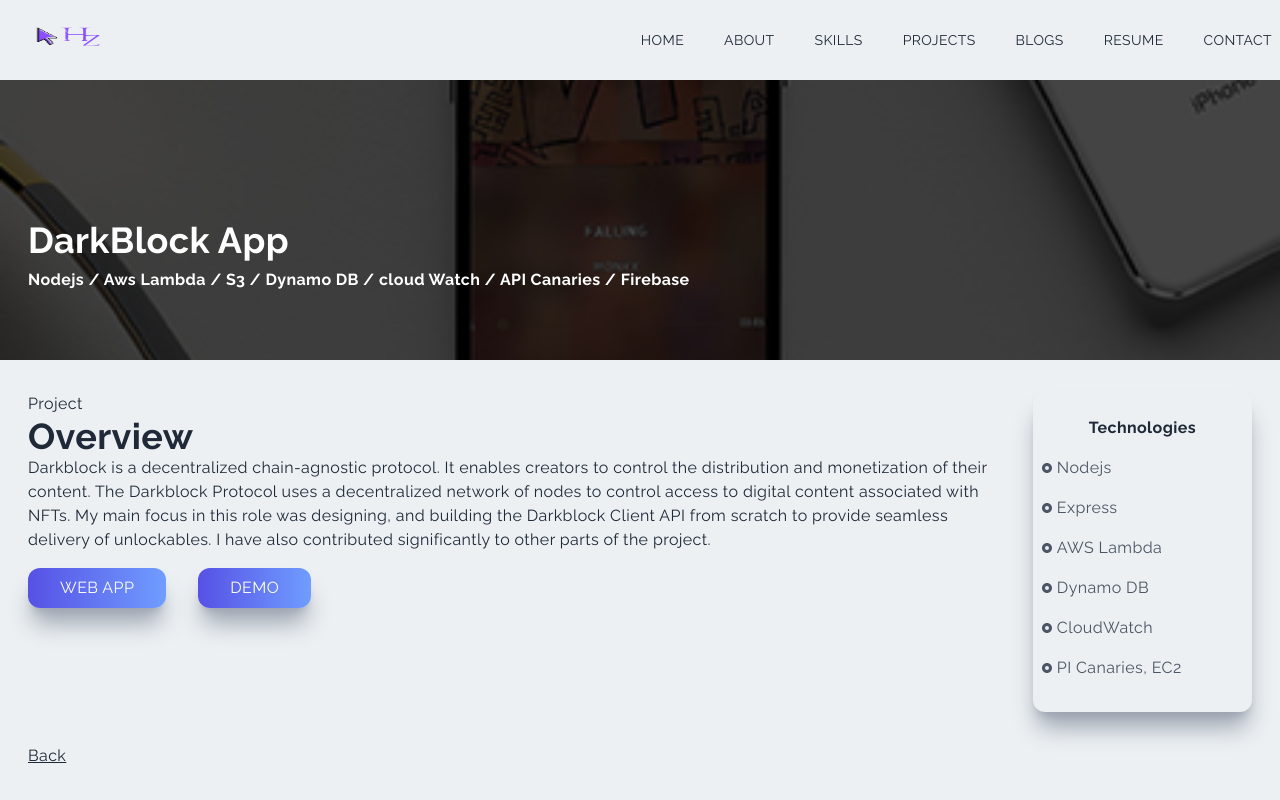
Repository: Hasnainzxc/testofolio
Page: /nfmusic
These files come from the project's save history. The page is drawn as it stood at one moment and after the next save; the edit follows.
The browser window is 1280 px wide. The pictures show the whole page.
The project was rebuilt for these pictures with package versions that can differ from the ones it lists, and the page was loaded fresh each time. The framework's server and built-in components were replaced by stand-ins that run in the browser. Also part of the build but not shown: next.config.js.

Above is the page before, as saved 2023-01-29 07:34:34.

### pages/nfmusic.jsx
import Image from 'next/image';
import React from 'react';
import nfmusicImg from '../public/assets/sajidprojects/nfmusic.jpg';
import { RiRadioButtonFill } from 'react-icons/ri';
import Link from 'next/link';

const nfmusic = () => {
  return (
    <div className='w-full'>
      <div className='w-screen h-[50vh] relative'>
        <div className='absolute top-0 left-0 w-full h-[50vh] bg-black/70 z-10' />
        <Image
          className='absolute z-1'
          layout='fill'
          objectFit='cover'
          src={nfmusicImg}
          alt='/'
        />
        <div className='absolute top-[70%] max-w-[1240px] w-full left-[50%] right-[50%] translate-x-[-50%] translate-y-[-50%] text-white z-10 p-2'>
          <h2 className='py-2'>DarkBlock App</h2>
          <h3>Nodejs / Aws Lambda / S3 / Dynamo DB / cloud Watch / API Canaries / Firebase</h3>
        </div>
      </div>

      <div className='max-w-[1240px] mx-auto p-2 grid md:grid-cols-5 gap-8 py-8'>
        <div className='col-span-4'>
          <p>Project</p>
          <h2>Overview</h2>

          <p>
Darkblock is a decentralized chain-agnostic protocol. It enables creators to control the distribution and monetization of their content.
The Darkblock Protocol uses a decentralized network of nodes to control access to digital content associated with NFTs.
My main focus in this role was designing, and building the Darkblock Client API from scratch to provide seamless delivery of unlockables.
I have also contributed significantly to other parts of the project.   </p>


          <a
            href='https://app.darkblock.io/'
            target='_blank'
            rel='noreferrer'
          >
            <button className='px-8 py-2 mt-4 mr-8'>WEB APP</button>
          </a>
          <a
            href='https://app.darkblock.io/'
            target='_blank'
            rel='noreferrer'
          >
            <button className='px-8 py-2 mt-4'>DEMO</button>
          </a>
        </div>
        <div className='col-span-4 md:col-span-1 shadow-xl shadow-gray-400 rounded-xl py-4'>
          <div className='p-2'>
            <p className='text-center font-bold pb-2'>Technologies</p>
            <div className='grid grid-cols-3 md:grid-cols-1'>
              <p className='text-gray-600 py-2 flex items-center'>
                <RiRadioButtonFill className='pr-1' /> Nodejs
              </p>
              <p className='text-gray-600 py-2 flex items-center'>
                <RiRadioButtonFill className='pr-1' /> Express
              </p>
              <p className='text-gray-600 py-2 flex items-center'>
                <RiRadioButtonFill className='pr-1' /> AWS Lambda
              </p>
              <p className='text-gray-600 py-2 flex items-center'>
                <RiRadioButtonFill className='pr-1' />  Dynamo DB
              </p>
              <p className='text-gray-600 py-2 flex items-center'>
                <RiRadioButtonFill className='pr-1' /> CloudWatch
              </p>
              <p className='text-gray-600 py-2 flex items-center'>
                <RiRadioButtonFill className='pr-1' /> PI Canaries, EC2
              </p>
            </div>
          </div>
        </div>
        <Link href='/#projects'>
          <p className='underline cursor-pointer'>Back</p>
        </Link>
      </div>
    </div>
  );
};

export default nfmusic;

### components/Navbar.jsx
import Image from 'next/image';
import Link from 'next/link';
import React, { useState, useEffect } from 'react';
import { AiOutlineClose, AiOutlineMail, AiOutlineMenu } from 'react-icons/ai';
import { FaGithub, FaLinkedinIn } from 'react-icons/fa';
import { BsFillPersonLinesFill } from 'react-icons/bs';
// import { useRouter } from 'next/router';
import logo from '../public/assets/logo.png'

const Navbar = () => {
  const [nav, setNav] = useState(false);
  const [shadow, setShadow] = useState(false);
  const [navBg, setNavBg] = useState('#ecf0f3');
  const [linkColor, setLinkColor] = useState('#1f2937');
  // const [position, setPosition] = useState('fixed')
  // const router = useRouter();

  // useEffect(() => {
  //   if (
  //     router.asPath === '/property' ||
  //     router.asPath === '/crypto' ||
  //     router.asPath === '/netflix' ||
  //     router.asPath === '/twitch'
  //   ) {
  //     setNavBg('transparent');
  //     setLinkColor('#ecf0f3');
  //   } else {
  //     setNavBg('#ecf0f3');
  //     setLinkColor('#1f2937');
  //   }
  // }, [router]);

  const handleNav = () => {
    setNav(!nav);
  };

  useEffect(() => {
    const handleShadow = () => {
      if (window.scrollY >= 90) {
        setShadow(true);
      } else {
        setShadow(false);
      }
    };
    window.addEventListener('scroll', handleShadow);
  }, []);

  return (
    <div
      style={{ backgroundColor: `${navBg}` }}
      className={
        shadow
          ? 'fixed w-full h-20 shadow-xl z-[100] ease-in-out duration-300'
          : 'fixed w-full h-20 z-[100]'
      }
    >
      <div className='flex justify-between items-center w-full h-full px-2 2xl:px-16'>
        <Link href='/'>
          <a>
            <Image
              src={logo}
              alt='/'
              width='125'
              height='50'
              className='cursor-pointer'
            />
          </a>
        </Link>
        <div>
          <ul style={{ color: `${linkColor}` }} className='hidden md:flex'>
            <li className='ml-10 text-sm uppercase hover:border-b'>
              <Link href='/'>Home</Link>
            </li>
            <li className='ml-10 text-sm uppercase hover:border-b'>
              <Link href='/#about'>About</Link>
            </li>
            <li className='ml-10 text-sm uppercase hover:border-b'>
              <Link href='/#skills'>Skills</Link>
            </li>
            <li className='ml-10 text-sm uppercase hover:border-b'>
              <Link href='/#projects'>Projects</Link>
            </li>
            <li className='ml-10 text-sm uppercase hover:border-b'>
              <Link href='/#Blog'>Blogs</Link>
            </li>
            <li className='ml-10 text-sm uppercase hover:border-b'>
              <Link href='/resume'>Resume</Link>
            </li>
            <li className='ml-10 text-sm uppercase hover:border-b'>
              <Link href='/#contact'>Contact</Link>
            </li>
          </ul>
          {/* Hamburger Icon */}
          <div
            style={{ color: `${linkColor}` }}
            onClick={handleNav}
            className='md:hidden'
          >
            <AiOutlineMenu size={25} />
          </div>
        </div>
      </div>

      {/* Mobile Menu */}
      {/* Overlay */}
      <div
        className={
          nav ? 'md:hidden fixed left-0 top-0 w-full h-screen bg-black/70' : ''
        }
      >
        {/* Side Drawer Menu */}
        <div
          className={
            nav
              ? ' fixed left-0 top-0 w-[75%] sm:w-[60%] md:w-[45%] h-screen bg-[#ecf0f3] p-10 ease-in duration-500'
              : 'fixed left-[-100%] top-0 p-10 ease-in duration-500'
          }
        >
          <div>
            <div className='flex w-full items-center justify-between'>
              <Link href='/'>
                <a>
                  <Image
                    src={logo}
                    width='87'
                    height='35'
                    alt='/'
                  />
                </a>
              </Link>
              <div
                onClick={handleNav}
                className='rounded-full shadow-lg shadow-gray-400 p-3 cursor-pointer'
              >
                <AiOutlineClose />
              </div>
            </div>
            <div className='border-b border-gray-300 my-4'>
              <p className='w-[85%] md:w-[90%] py-4'>
                Let&#39;s build something legendary together
              </p>
            </div>
          </div>
          <div className='py-4 flex flex-col'>
            <ul className='uppercase'>
              <Link href='/'>
                <li onClick={() => setNav(false)} className='py-4 text-sm'>
                  Home
                </li>
              </Link>
              <Link href='/#about'>
                <li onClick={() => setNav(false)} className='py-4 text-sm'>
                  About
                </li>
              </Link>
              <Link href='/#skills'>
                <li onClick={() => setNav(false)} className='py-4 text-sm'>
                  Skills
                </li>
              </Link>
              <Link href='/#projects'>
                <li onClick={() => setNav(false)} className='py-4 text-sm'>
                  Projects
                </li>
              </Link>
              <Link href='/resume'>
                <li onClick={() => setNav(false)} className='py-4 text-sm'>
                  Resume
                </li>
              </Link>
              <Link href='/#contact'>
                <li onClick={() => setNav(false)} className='py-4 text-sm'>
                  Contact
                </li>
              </Link>
            </ul>
            <div className='pt-40'>
              <p className='uppercase tracking-widest text-[#5651e5]'>
                Let&#39;s Connect
              </p>
              <div className='flex items-center justify-between my-4 w-full sm:w-[80%]'>
                <a
                  href='
                  https://www.linkedin.com/in/hasnainzxc//'
                  target='_blank'
                  rel='noreferrer'
                >
                  <div className='rounded-full shadow-lg shadow-gray-400 p-3 cursor-pointer hover:scale-105 ease-in duration-300'>
                    <FaLinkedinIn />
                  </div>
                </a>
                <a
                  href='https://github.com/Hasnainzxc'
                  target='_blank'
                  rel='noreferrer'
                >
                  <div className='rounded-full shadow-lg shadow-gray-400 p-3 cursor-pointer hover:scale-105 ease-in duration-300'>
                    <FaGithub />
                  </div>
                </a>
                <Link href='/#contact'>
                  <div
                    onClick={() => setNav(!nav)}
                    className='rounded-full shadow-lg shadow-gray-400 p-3 cursor-pointer hover:scale-105 ease-in duration-300'
                  >
                    <AiOutlineMail />
                  </div>
                </Link>
                <Link href='/resume'>
                  <div
                    onClick={() => setNav(!nav)}
                    className='rounded-full shadow-lg shadow-gray-400 p-3 cursor-pointer hover:scale-105 ease-in duration-300'
                  >
                    <BsFillPersonLinesFill />
                  </div>
                </Link>
              </div>
            </div>
          </div>
        </div>
      </div>
    </div>
  );
};

export default Navbar;

Loaded but not shown: pages/_app.js (common file); pages/_document.js (common file); styles/globals.css (common file); tailwind.config.js (common file)

After the next save:
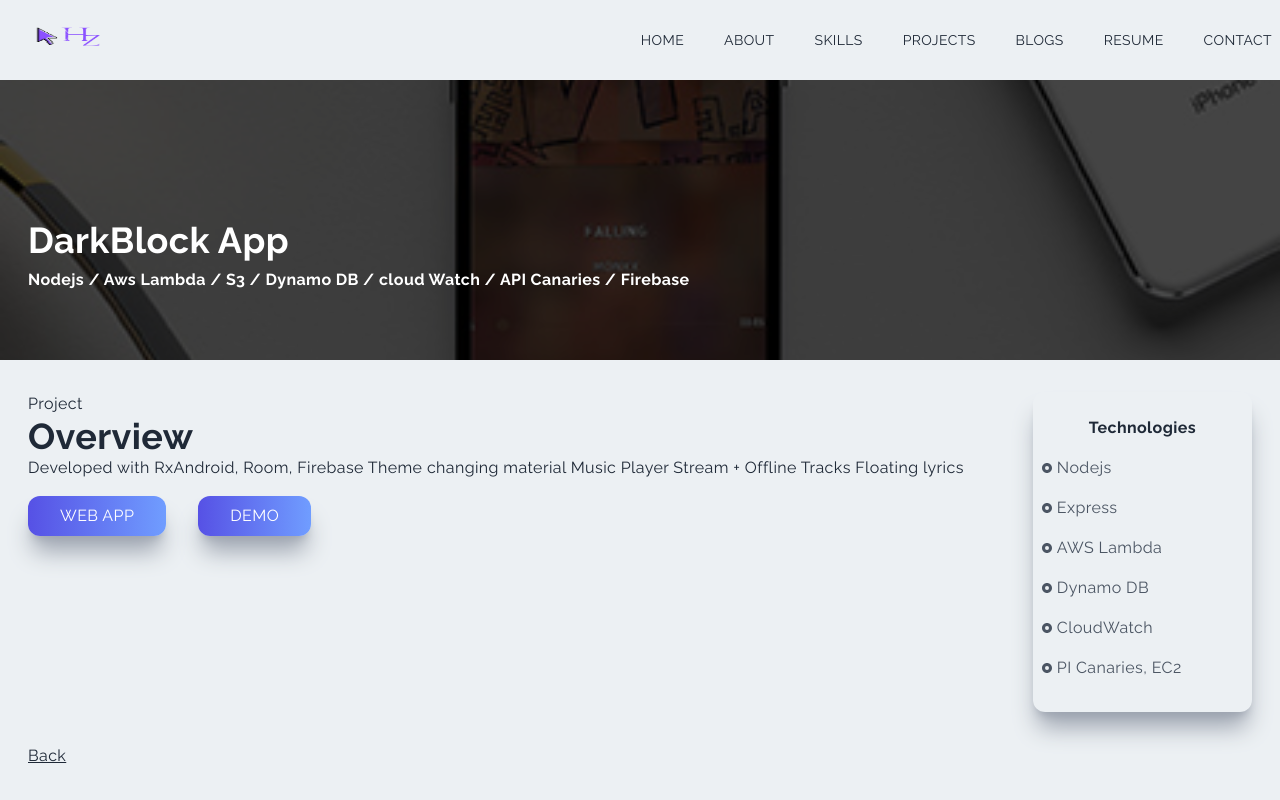
Saved 33 s later.
--- a/pages/nfmusic.jsx
+++ b/pages/nfmusic.jsx
@@ -27,11 +27,13 @@
           <p>Project</p>
           <h2>Overview</h2>
 
-          <p>
-Darkblock is a decentralized chain-agnostic protocol. It enables creators to control the distribution and monetization of their content.
-The Darkblock Protocol uses a decentralized network of nodes to control access to digital content associated with NFTs.
-My main focus in this role was designing, and building the Darkblock Client API from scratch to provide seamless delivery of unlockables.
-I have also contributed significantly to other parts of the project.   </p>
+          <p> Developed with RxAndroid, Room, Firebase
+
+Theme changing material Music Player
+
+Stream + Offline Tracks
+
+Floating lyrics</p>
 
 
           <a
